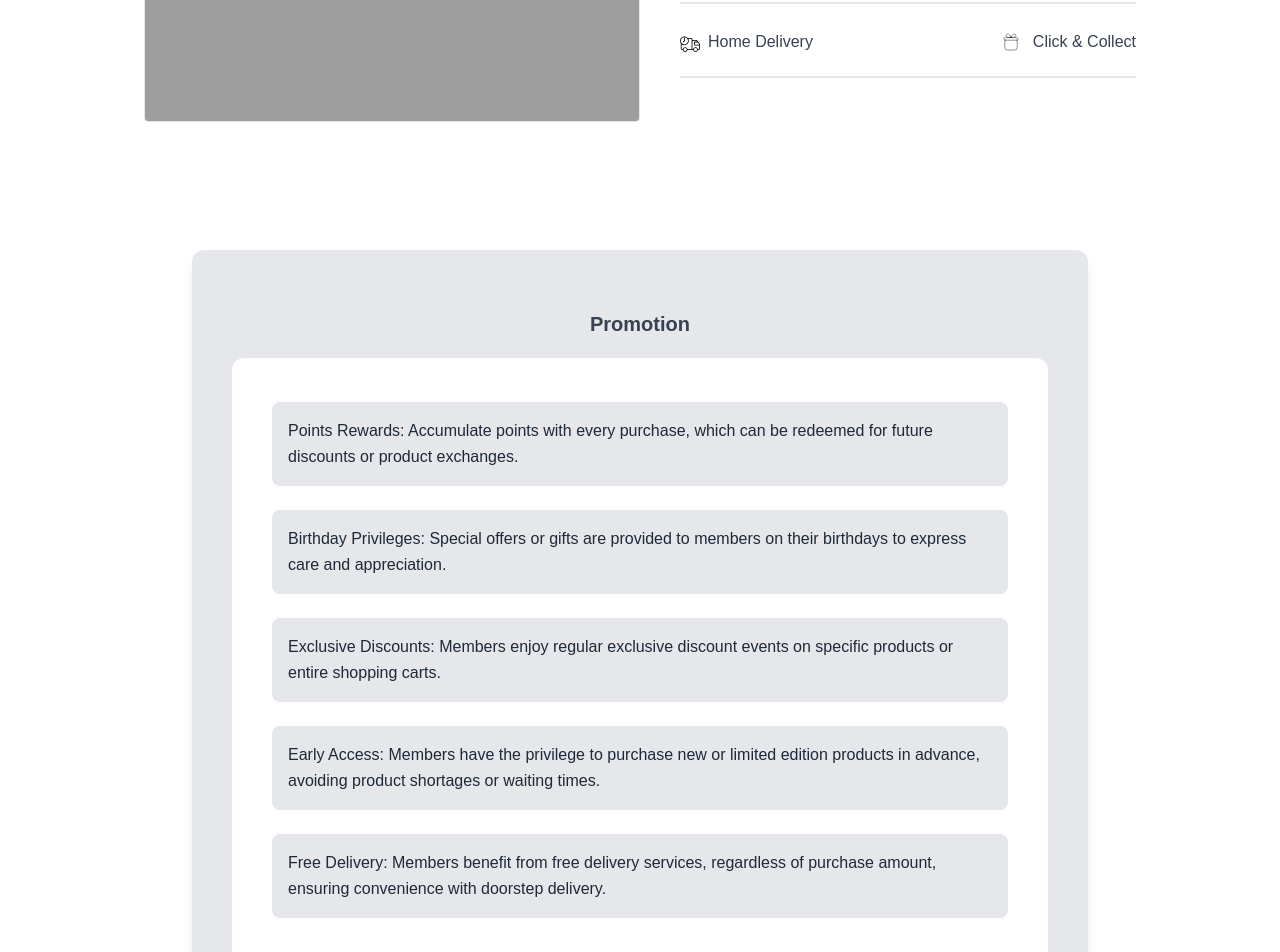
Repository: Harris132451/Final-Project-eShop
Page: /products/0.6MM THINLY WRAPPED PORK DUMPLING
The author's editor kept a copy of each file at every save. The page is drawn from the files as they stood at one save, then again after the next save.
The browser window is 1280 px wide. The pictures show the part of the page from y = 772 to 1724 px (the page is 2184 px tall before and 2344 px after).
Pictures or frames that could not be fetched are drawn as grey boxes. The page's requests for data from a server got no answer. The project was rebuilt for these pictures with package versions that can differ from the ones it lists, and the page was loaded fresh each time. No one was signed in, and anything a server would have sent is missing. Also part of the build but not shown: src/Page/Component/controlNum.js, src/Page/Component/PCinCart.js, src/Page/Component/SC.js, src/Page/Component/Slider.js, src/Page/Component/Loading/Loader.css, src/Page/Home.js, src/Page/Component/TPinCart.js, src/Page/Checkout.js and 5 more.

Above is the page before, as saved 2024-04-14 23:45:00.

After the next save:
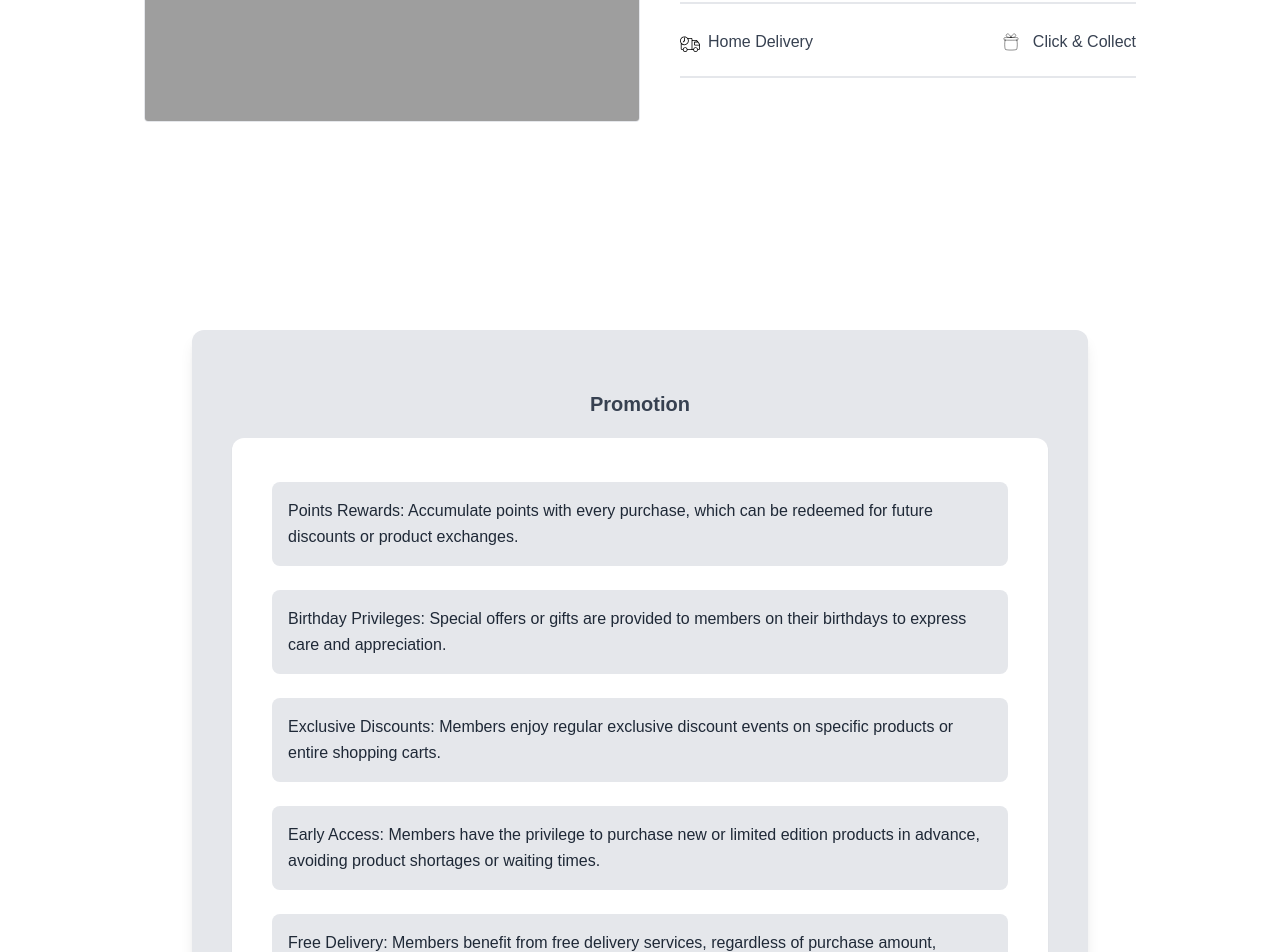
Saved 74 s later.
--- a/src/Page/ProductPage.js
+++ b/src/Page/ProductPage.js
@@ -96,7 +96,7 @@ const ProductPage = (props) => {
         </div>
       </div>
 
-      <div className="flex flex-col items-center justify-center mt-8 space-y-8">
+      <div className="flex flex-col items-center justify-center mt-8 space-y-8 py-20">
         <div className="flex flex-col items-center justify-center px-10 py-10 mx-auto bg-gray-200 shadow-lg max-w-4xl truncate inline-block rounded-xl">
           <h2 className="text-xl font-semibold py-5">Promotion</h2>
           <ProductPromotion />
